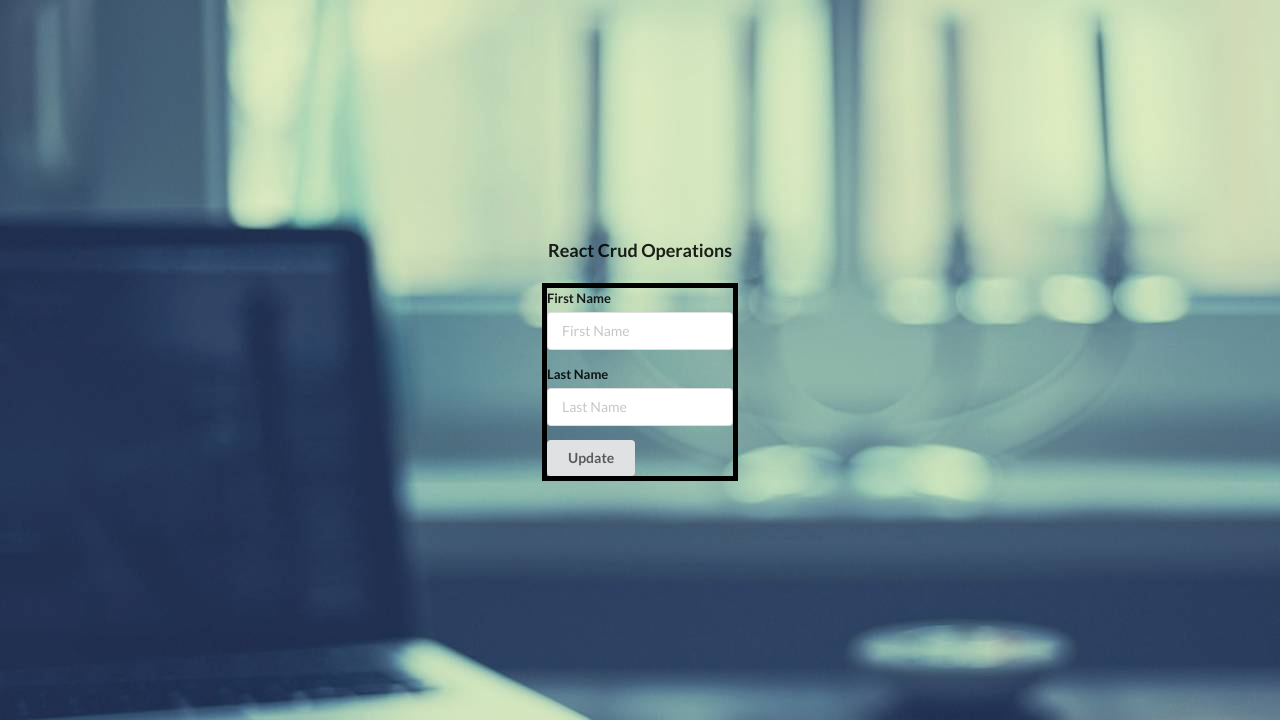
Repository: BhargavRudhra/React-CRUD
Page: /update
These files come from the project's save history. The page is drawn as it stood at one moment and after the next save; the edit follows.
The browser window is 1280 px wide. The pictures show the whole page.
The project was rebuilt for these pictures with package versions that can differ from the ones it lists, and the page was loaded fresh each time. Also part of the build but not shown: src/components/create/create.js, src/components/read/read.js.

Above is the page before, as saved 2022-06-22 23:13:43.

After the next save:
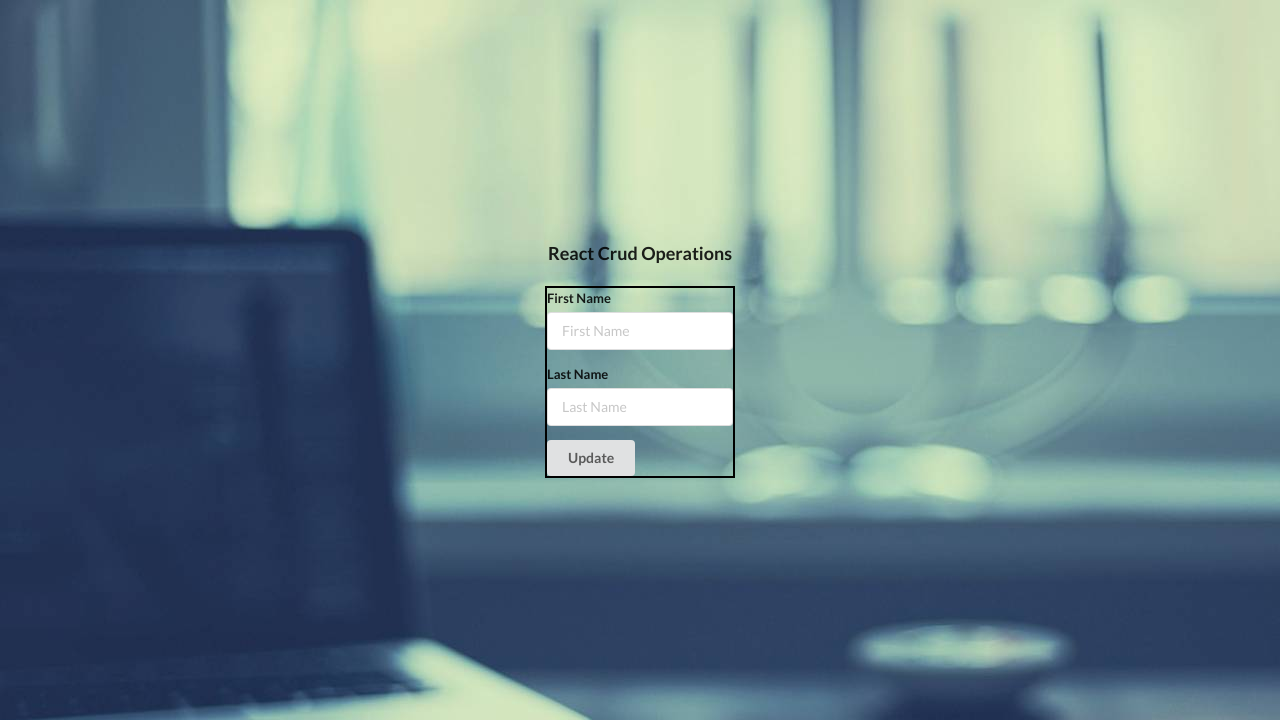
Saved 7 s later.
--- a/src/index.css
+++ b/src/index.css
@@ -1,3 +1,3 @@
 .form{
-    border: 5px solid black;
+    border: 2px solid black;
 }
